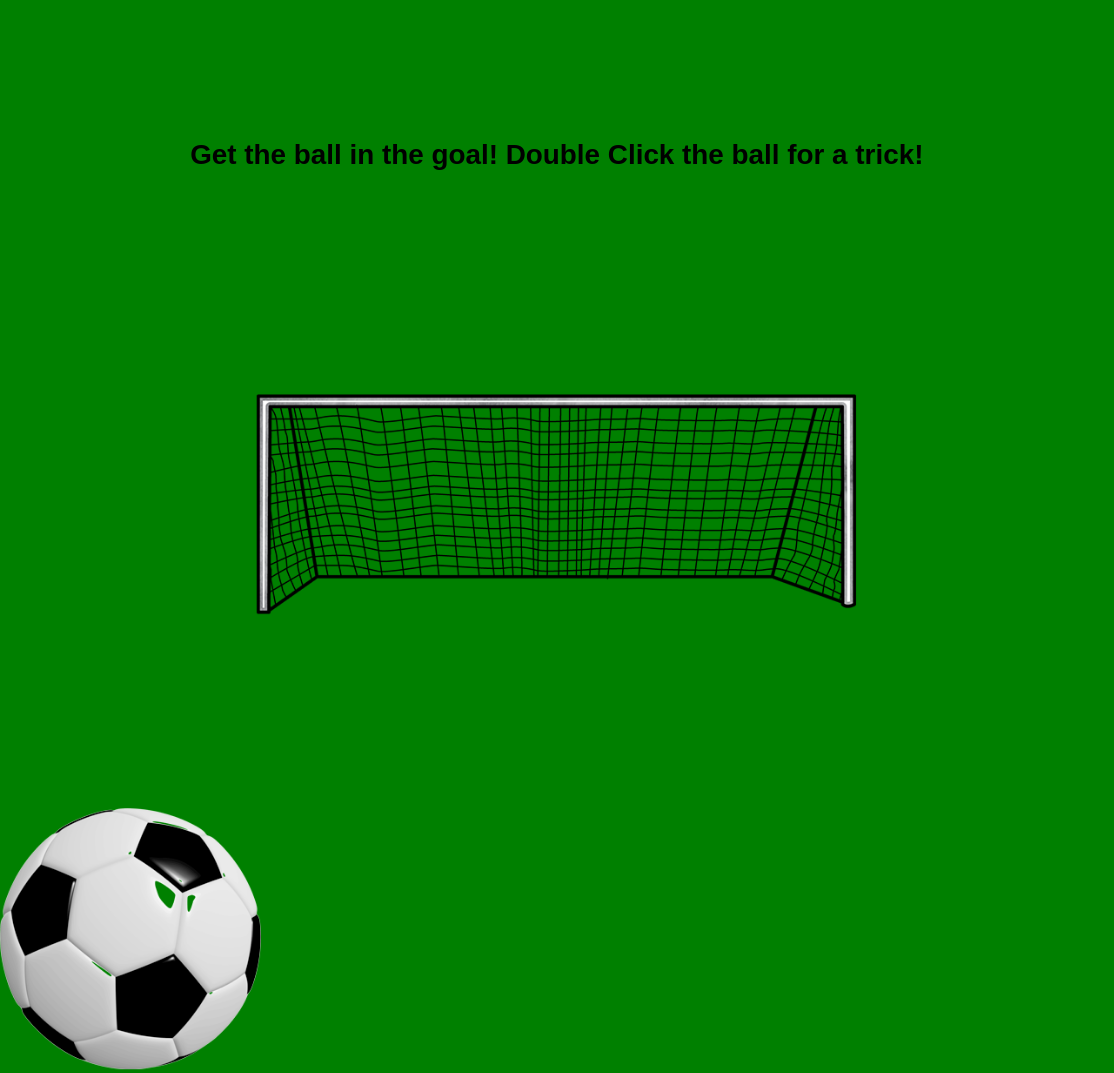
Repository: alexmaddux99/Lab3
Page: mouse-events.html
The author's editor kept a copy of each file at every save. The page is drawn from the files as they stood at one save, then again after the next save.
The browser window is 1280 px wide. The pictures show the whole page, at 87% of full size.

Above is the page before, as saved 2022-03-06 17:30:28.

After the next save:
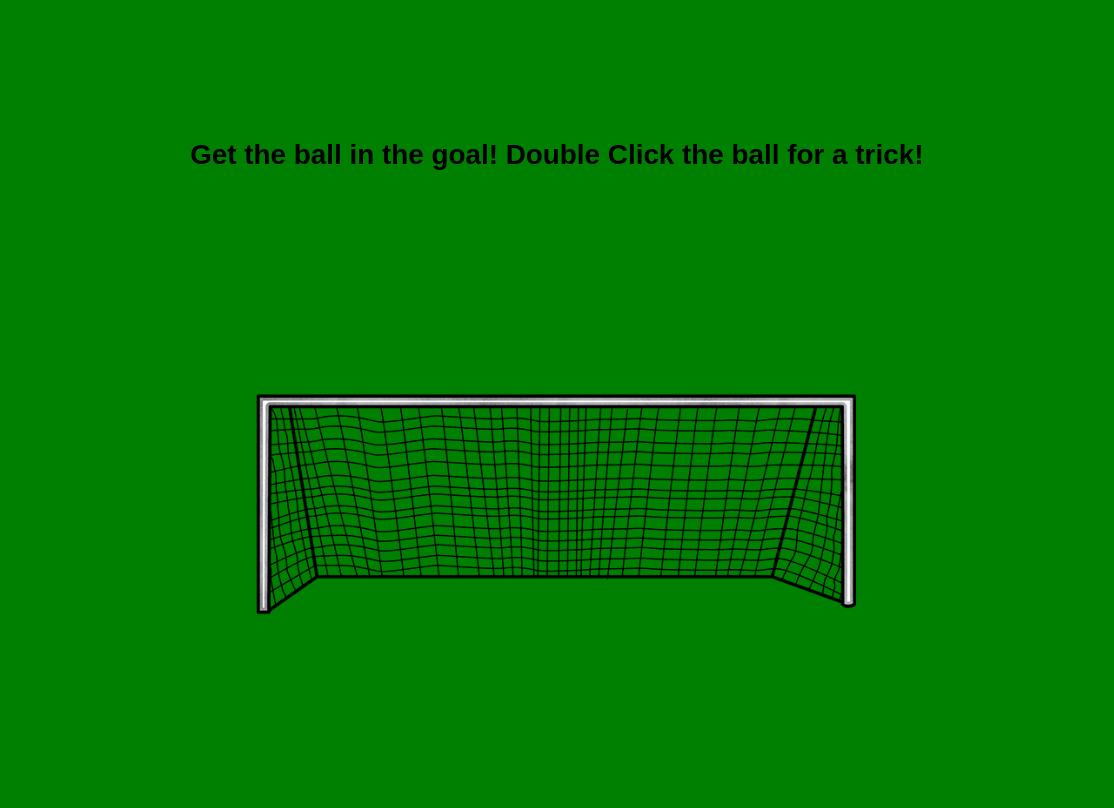
Saved 3 min 6 s later.
--- a/mouse-events.html
+++ b/mouse-events.html
@@ -46,9 +46,7 @@
     <img src="/images/goal.png" alt="GOAL!" class="goal">
 
 
-    <div id="dot" class="ball">
-        <img src="/images/soccer.png" alt="Score a Goal!">
-    </div>
+    <div id="dot" class="ball"></div>
 
 
 

After the 4 saves that followed:
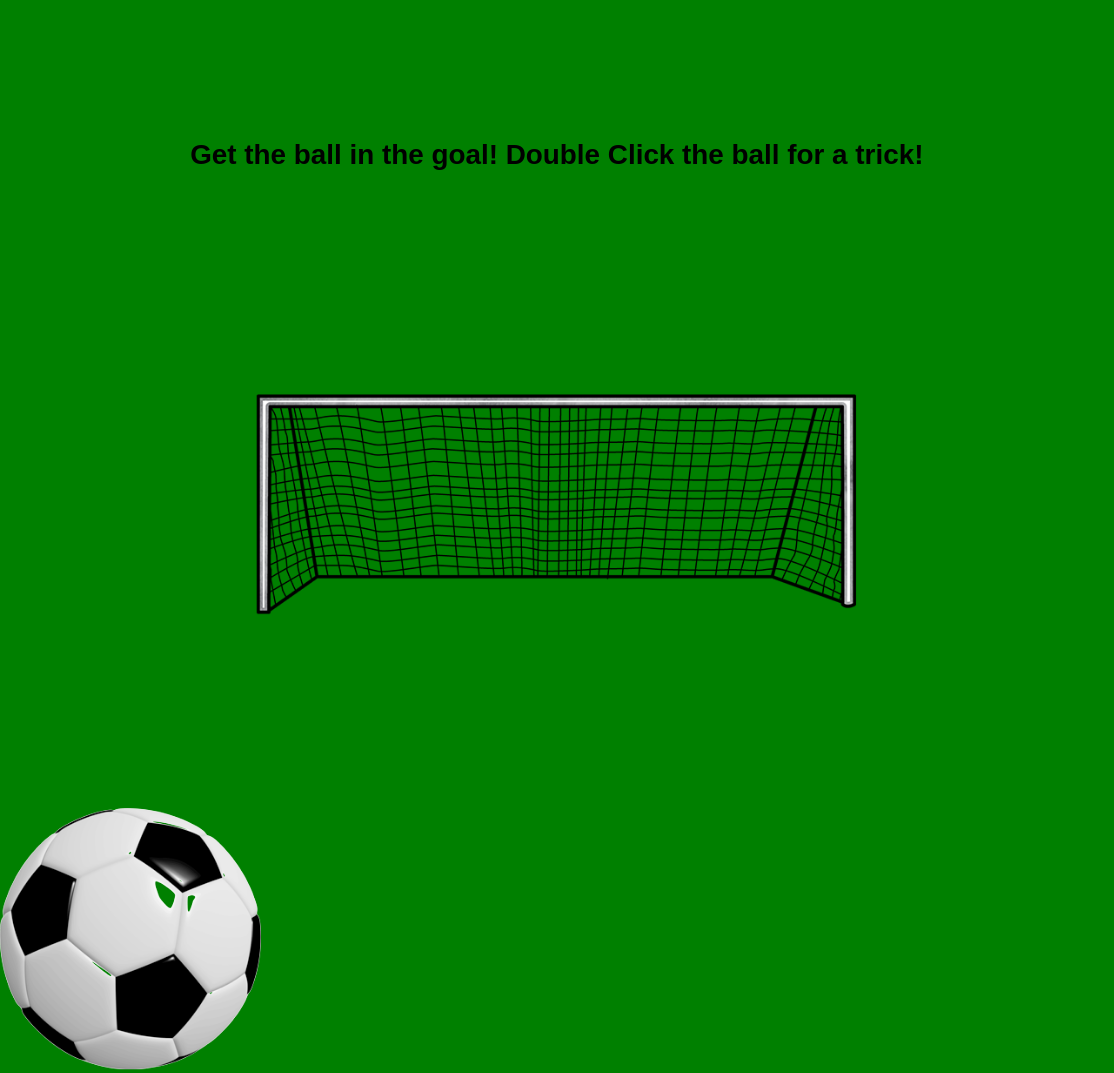
The 4 saves are shown as one change because 2 left the picture as it was and some came seconds apart.
The last was saved 3 min 21 s later.
--- a/mouse-events.html
+++ b/mouse-events.html
@@ -32,6 +32,10 @@
             margin-right: auto;
         }
 
+        .ball{
+            background-image: url(/images/soccer.png);
+        }
+
 
 
 
@@ -46,7 +50,9 @@
     <img src="/images/goal.png" alt="GOAL!" class="goal">
 
 
-    <div id="dot" class="ball"></div>
+
+
+    <img id="dot" class="ball" src="images/soccer.png" alt="">
 
 
 
